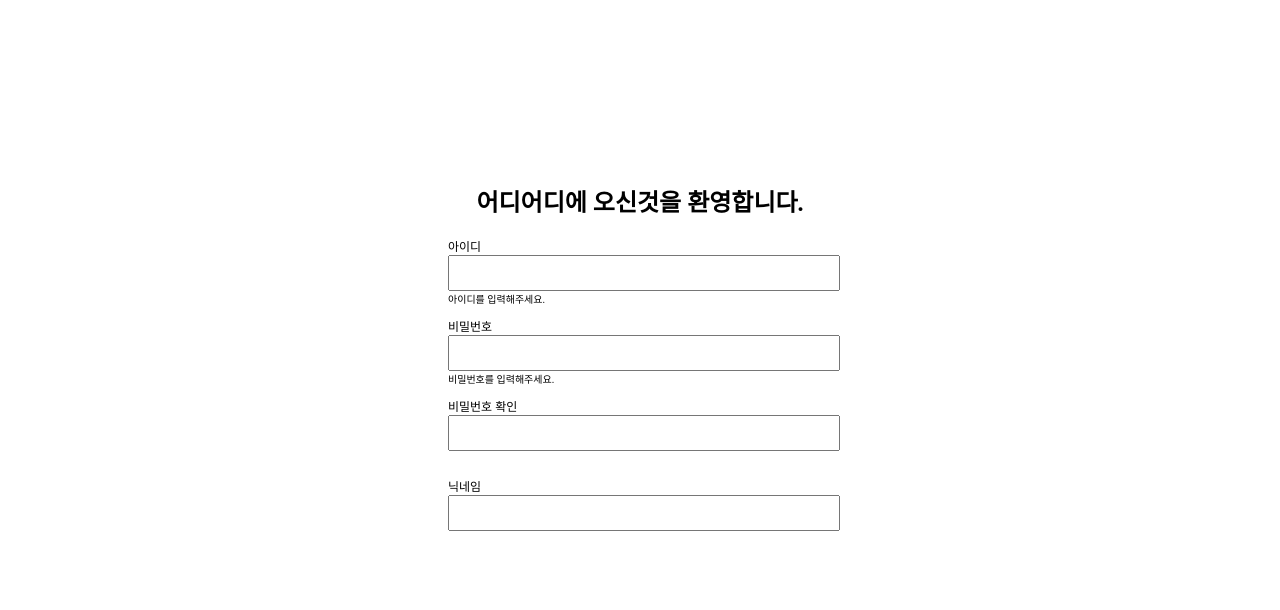
Repository: zzangyu/koreanFoodsProject
Page: http://localhost/koreanFoodsProject/koreanFoods/signUp.jsp
An editor plug-in stored every save of this project. The page is shown before and after the next save, followed by the edit.
The browser window is 1280 px wide. The pictures show the whole page.
The page is served by Tomcat 9. Other server files are loaded and not shown.

Above is the page before, as saved 2022-12-29 07:14:23.

### koreanFoodsProject/src/main/webapp/koreanFoods/signUp.jsp
<%@ page language="java" contentType="text/html; charset=UTF-8"
    pageEncoding="UTF-8"%>
<!DOCTYPE html>
<html>
<head>
<meta charset="UTF-8">
<link type="text/css" rel="stylesheet" href="css/kFoods.css">
<title>Sign Up</title>
</head>
<body>
	<form action="" id="signUp">
		<div id="signUp_Wrap">
			<h2>어디어디에 오신것을 환영합니다.</h2>
			<div>
				<label class="signUp_textSize">아이디</label>
				<div>
					<input type="text" name="kf_id" class="signUp_input">
					<div class="signUp_check_textSize" id="signUp_idCheck">아이디를 입력해주세요.</div>
				</div>
			</div>
			<div>
				<label class="signUp_textSize">비밀번호</label>
				<div>
					<input type="password" name="kf_password" class="signUp_input">
					<div class="signUp_check_textSize" id="signUp_idCheck">비밀번호를 입력해주세요.</div>
				</div>
			</div>
			<div>
				<label class="signUp_textSize">비밀번호 확인</label>
				<div>
					<input type="password" name="kf_passwordCheck" class="signUp_input">
					<div class="signUp_check_textSize" id="signUp_idCheck"></div>
				</div>
			</div>
			<div>
				<label class="signUp_textSize">닉네임</label>
				<div>
					<input type="text" name="kf_nickname" class="signUp_input">
					<div class="signUp_check_textSize" id="signUp_nickCheck"></div>
				</div>
			</div>
		</div>
	</form>
</body>
</html>

### koreanFoodsProject/src/main/webapp/koreanFoods/css/kFoods.css
@charset "UTF-8";
html, body {
	margin: 0;
	padding: 0;
	width: 100%;
	height: 100%;
}
a {
	text-decoration: none;
}
#loginButton {
	background-color: yellow;
}
#loginButton a {
	color: red;
}
#signUp {
	width: 100%;
	height: 100%;
	display: flex;
	justify-content: center;
	align-items: center;
}
#signUp_Wrap {
	width: 30%;
	padding: 30px;
}
.signUp_textSize {
	font-size: 12px;
}
.signUp_check_textSize {
	font-size: 10px;
}
#signUp_Wrap h2 {
	text-align: center;
}
#signUp_Wrap > div {
	width: 100%;
	height: 80px;
}
.signUp_input {
	width: 100%;
	height: 30px;
}

After the next save:
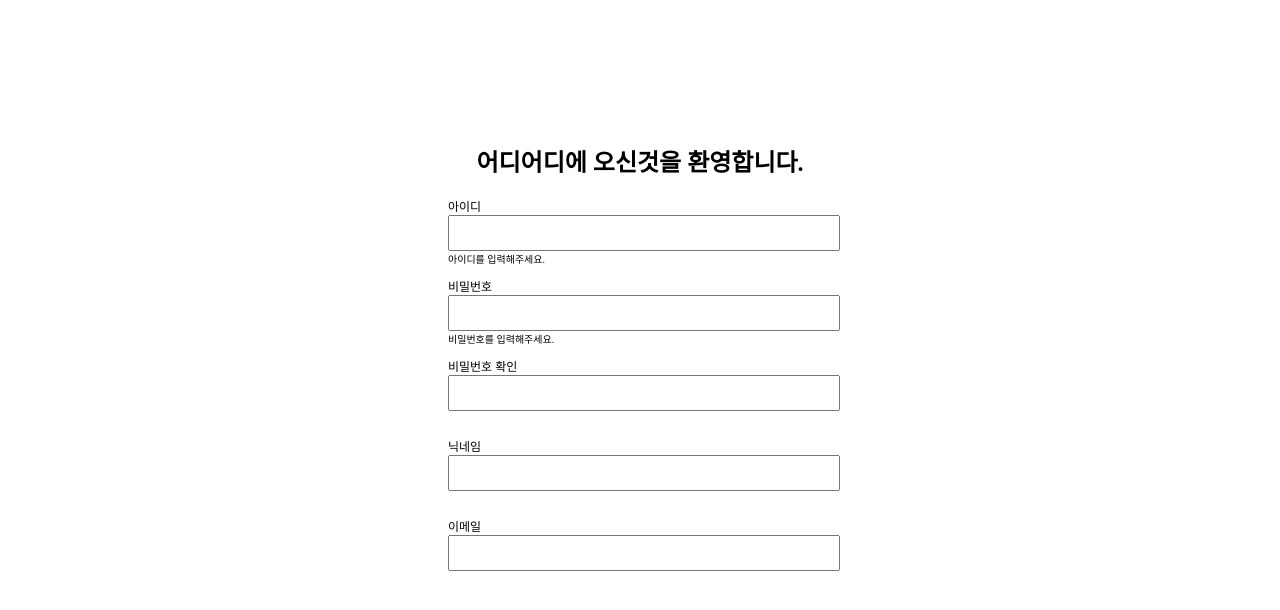
Saved 110 s later.
--- a/koreanFoodsProject/src/main/webapp/koreanFoods/signUp.jsp
+++ b/koreanFoodsProject/src/main/webapp/koreanFoods/signUp.jsp
@@ -39,6 +39,13 @@
 					<div class="signUp_check_textSize" id="signUp_nickCheck"></div>
 				</div>
 			</div>
+			<div>
+				<label class="signUp_textSize">이메일</label>
+				<div>
+					<input type="text" name="kf_nickname" class="signUp_input">
+					<div class="signUp_check_textSize" id="signUp_nickCheck"></div>
+				</div>
+			</div>
 		</div>
 	</form>
 </body>
